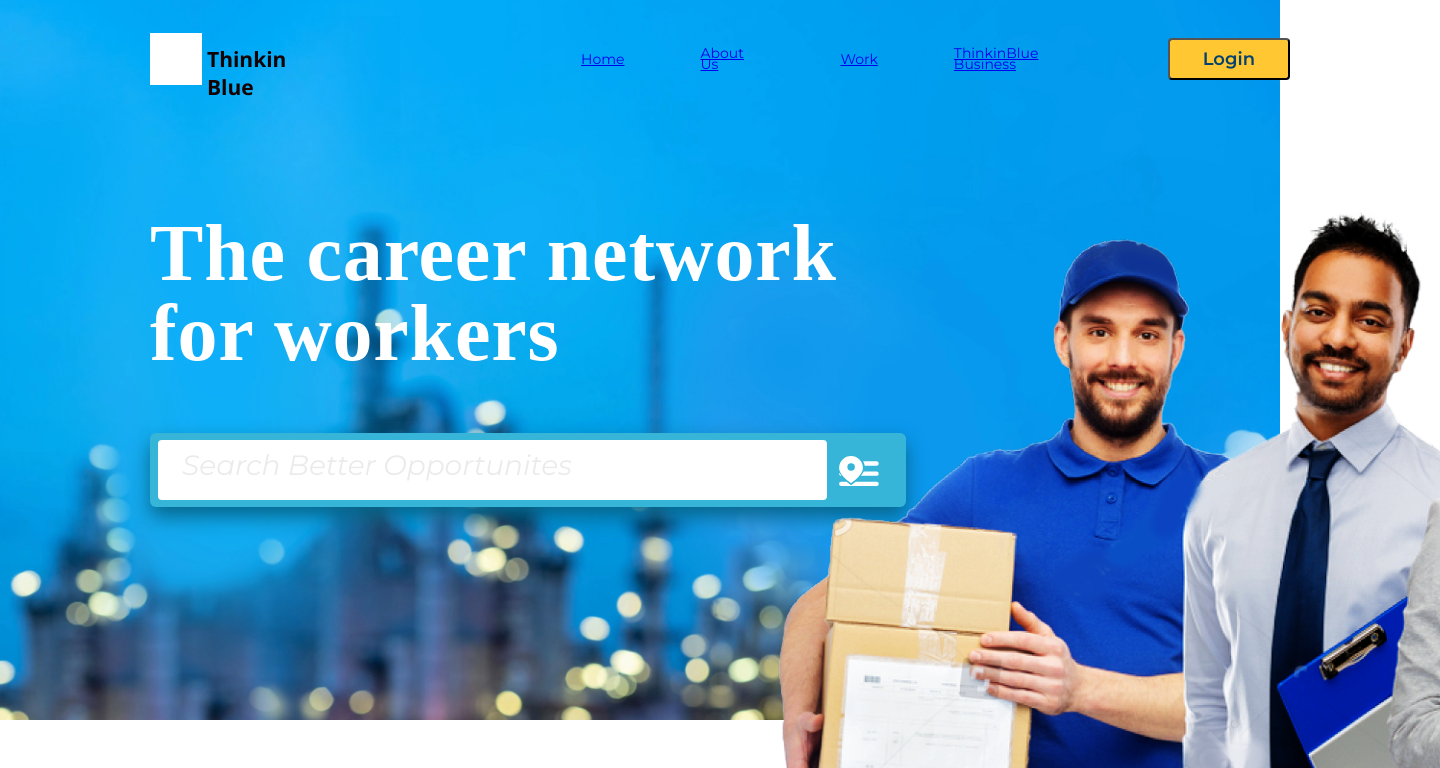
Repository: shekharyadav638/OSL_Assignment_1
Page: index.html
These files come from the project's save history. The page is drawn as it stood at one moment and after the next save; the edit follows.
The browser window is 1280 px wide. The page is 1440 px wide, so the pictures cover 1440 px, including what lies to the right of the window. The pictures show the whole page.
The style sheet was rebuilt from its Sass, Less or Tailwind sources for each picture, by a compiler version that may differ from the author's.

Above is the page before, as saved 2024-07-13 14:25:01.

### index.html
<!DOCTYPE html PUBLIC "-//W3C//DTD HTML 4.01 Transitional//EN" "http://www.w3.org/TR/html4/loose.dtd">
<html>
  <head>
    <meta http-equiv="Content-Type" content="text/html; charset=ISO-8859-1" />
    <title>Assignment 1</title>
    <link rel="stylesheet" href="style.css" />
    <link rel="preconnect" href="https://fonts.googleapis.com" />
    <link rel="preconnect" href="https://fonts.gstatic.com" crossorigin />
    <link
      href="https://fonts.googleapis.com/css2?family=Montserrat:ital,wght@0,100..900;1,100..900&display=swap"
      rel="stylesheet"
    />
  </head>
  <body>
    <header>
      <div class="header">
        <div class="header_left">
          <div class="header_left_logo"></div>
          <span class="header_left_title">Thinkin Blue</span>
        </div>
        <div class="header_right">
          <ul class="header_right_list">
            <li class="header_right_list_item">
              <a href="#">Home</a>
            </li>
            <li class="header_right_list_item"><a href="#">About Us</a></li>
            <li class="header_right_list_item"><a href="#">Work</a></li>
            <li class="header_right_list_item">
              <a href="#">ThinkinBlue Business</a>
            </li>
          </ul>
          <button class="header_right_btn">Login</button>
        </div>
      </div>
    </header>
    <section class="banner">
      <div class="banner_left">
       <p class="banner_left_text">The career network <br> for workers</p>
       <div class="banner_left_input">
        <input type="text" placeholder="Search Better Opportunites" class="banner_left_input_box"></input>
        <img src="img/location.svg" alt="location-icon" class="banner_left_input_icon">
       </div>
       <!-- <div class="banner_left_categories">
        <hr>
        <div class="banner_left_categories_title">100+ Job Opportunities</div>
        <div class="banner_left_categories_list">
          <div class="banner_left_categories_list_item"> Category 1</div>
          <div class="banner_left_categories_list_item"> Category 2</div>
          <div class="banner_left_categories_list_item"> Category 3</div>
          <div class="banner_left_categories_list_item"> Category 4</div>
          <div class="banner_left_categories_list_item"> Category 5</div>
          <div class="banner_left_categories_list_item"> Category 6</div>
          <div class="banner_left_categories_list_item"> Category 7</div>
        </div>
        <div >
          <button class="banner_left_categories_button">Join ThinkinBlue</button>
        </div>
       </div> -->
      </div>
      <div class="banner_right">
        <img src="img/banner_right.png" alt="banner_right" class="banner_right_img"></img>
      </div>
    </section>
  </body>
</html>

### style.scss
* {
  margin: 0;
  padding: 0;
}
.body {
  width: 1440px;
  opacity: 1;
  overflow-x: hidden;
}

@import "header";
@import "banner";

### header.scss
.header {
  background: transparent;
  position: fixed;
  display: flex;
  align-content: center;
  width: 1140px;
  height: 86px;
  opacity: 1;
  margin: 16px 150px;
  &_left {
    align-items: center;
    display: flex;
    opacity: 1;

    &_logo {
      width: 52px;
      height: 52px;
      background: #ffffff 0% 0% no-repeat padding-box;
      opacity: 1;
    }

    &_title {
      padding-left: 5px;
      text-align: left;
      font: normal normal bold 21px/28px Segoe UI;
      width: 113px;
      height: 28px;
      letter-spacing: 0px;
      color: #150303;
      opacity: 1;
    }
  }

  &_right {
    margin-left: 261px;
    align-items: center;
    display: flex;
    gap: 66px;
    &_list {
      list-style: none;
      display: flex;
      gap: 76px;
      align-items: center;

      &_item {
        text-align: left;
        font: normal normal normal 14px/11px Montserrat;
        letter-spacing: 0px;
        padding: 17px 0;
        color: #ffffff;
        opacity: 1;
      }
    }
    &_btn {
      background: #ffc832 0% 0% no-repeat padding-box;
      border-radius: 4px;
      opacity: 1;
      padding: 8px 33px;
      text-align: left;
      font: normal normal 600 18px Montserrat;
      letter-spacing: 0px;
      color: #05416e;
      opacity: 1;
    }
  }
}

.banner {
  &_img {
    width: 100%;
    height: 100%;
    background-position: center;
  }
}

### _banner.scss
.banner {
  background-image: url(img/banner.png);
  width: 100%;
  height: 100vh;
  background-size: cover;
  background-position: center;
  background-repeat: no-repeat;
  display: flex;

  &_left {
    align-content: center;
    margin-left: 150px;
    &_text {
      text-align: left;
      font: normal normal bold 80px/80px Adobe Caslon Pro;
      letter-spacing: 0.8px;
      color: #ffffff;
      opacity: 1;
    }

    &_input {
      display: flex;
      align-items: center;
      margin-top: 60px;
      width: 756px;
      height: 74px;
      background: #37b5d8 0% 0% no-repeat padding-box;
      box-shadow: 0px 10px 20px #07668b;
      border-radius: 6px;

      ::placeholder {
        font: italic normal normal 28px/36px Montserrat;
        letter-spacing: 0px;
        color: #ebebeb;
        opacity: 1;
        padding-top: 13px;
        padding-bottom: 13px;
        align-content: center;
        padding-left: 24px;
      }

      &_box {
        background: #ffffff 0% 0% no-repeat padding-box;
        border-radius: 4px;
        margin-left: 8px;
        border: none;
        opacity: 1;
        width: 669px;
        height: 60px;
      }
    }

    &_categories {
      width: 717px;
      height: 112px;
      & hr {
        margin-top: 30px;
        margin-bottom: 40px;
        color: #37b5d8;
      }
      &_title {
        width: 250px;
        height: 22px;
        text-align: left;
        font: normal normal bold 18px/24px Montserrat;
        letter-spacing: 0px;
        color: #ffffff;
        opacity: 1;
      }

      &_list {
        margin-top: 15px;
        margin-right: 73px;
        display: grid;
        &_item {
          background: #32aaff 0% 0% no-repeat padding-box;
          border: 1px solid #ffffff;
          border-radius: 20px;
          opacity: 0.8;
          height: 30px;
          padding-left: 14px;
          padding-right: 14px;
          padding-top: 7px;
          padding-bottom: 8px;
        }
      }

      &_button {
        margin-top: 40px;
        width: 180px;
        height: 45px;
        background: #ffc832 0% 0% no-repeat padding-box;
        border: none;
        padding: 13px 21px;
        opacity: 1;
        font: normal normal 600 16px/15px Montserrat;
        letter-spacing: 0px;
        color: #05416e;
        opacity: 1;
      }
    }
  }

  &_right {
    &_img {
      position: absolute;
      top: 0;
      left: 650px;
      margin-top: 140px;
    }
  }
}

After the next save:
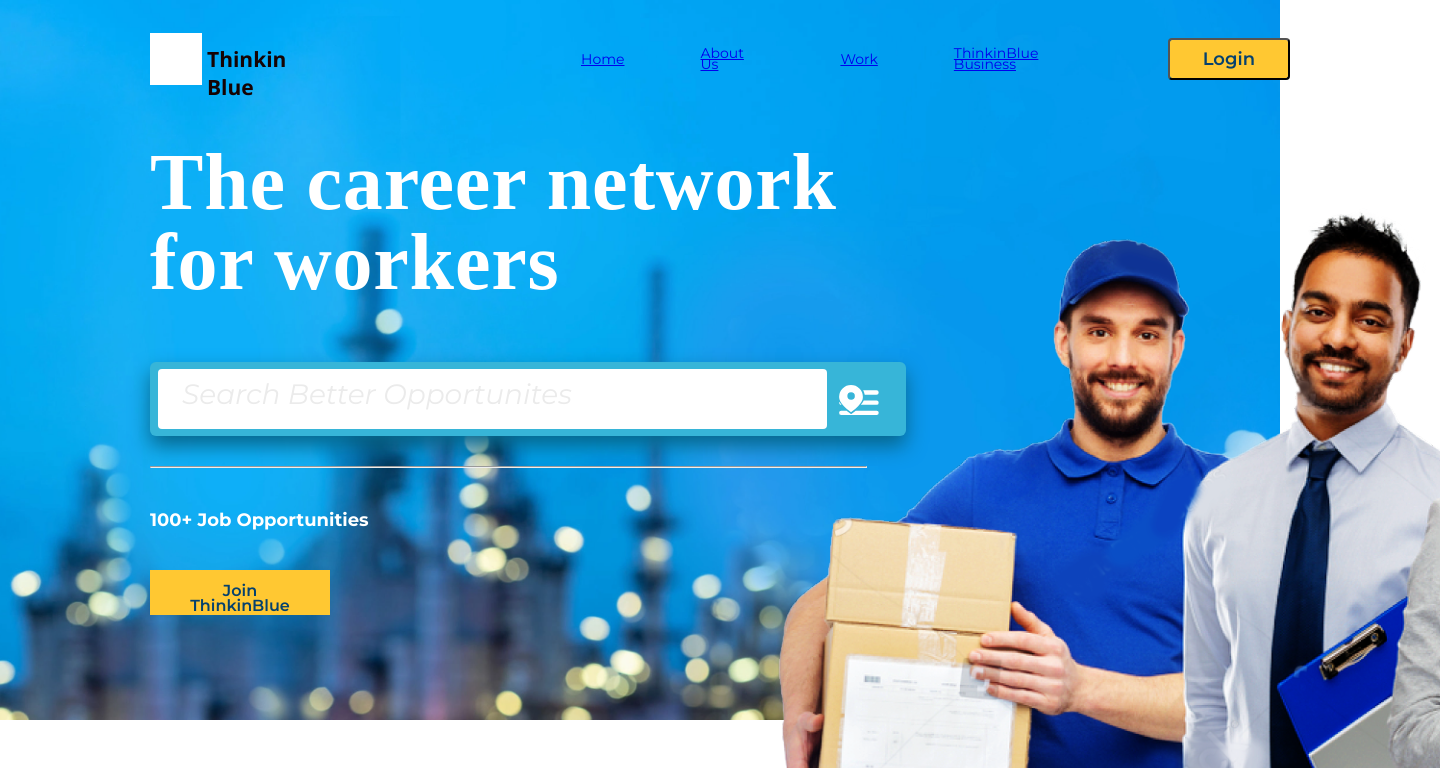
Saved 19 s later.
--- a/index.html
+++ b/index.html
@@ -40,10 +40,10 @@
         <input type="text" placeholder="Search Better Opportunites" class="banner_left_input_box"></input>
         <img src="img/location.svg" alt="location-icon" class="banner_left_input_icon">
        </div>
-       <!-- <div class="banner_left_categories">
+       <div class="banner_left_categories">
         <hr>
         <div class="banner_left_categories_title">100+ Job Opportunities</div>
-        <div class="banner_left_categories_list">
+        <!-- <div class="banner_left_categories_list">
           <div class="banner_left_categories_list_item"> Category 1</div>
           <div class="banner_left_categories_list_item"> Category 2</div>
           <div class="banner_left_categories_list_item"> Category 3</div>
@@ -51,11 +51,11 @@
           <div class="banner_left_categories_list_item"> Category 5</div>
           <div class="banner_left_categories_list_item"> Category 6</div>
           <div class="banner_left_categories_list_item"> Category 7</div>
-        </div>
+        </div> -->
         <div >
           <button class="banner_left_categories_button">Join ThinkinBlue</button>
         </div>
-       </div> -->
+       </div>
       </div>
       <div class="banner_right">
         <img src="img/banner_right.png" alt="banner_right" class="banner_right_img"></img>
